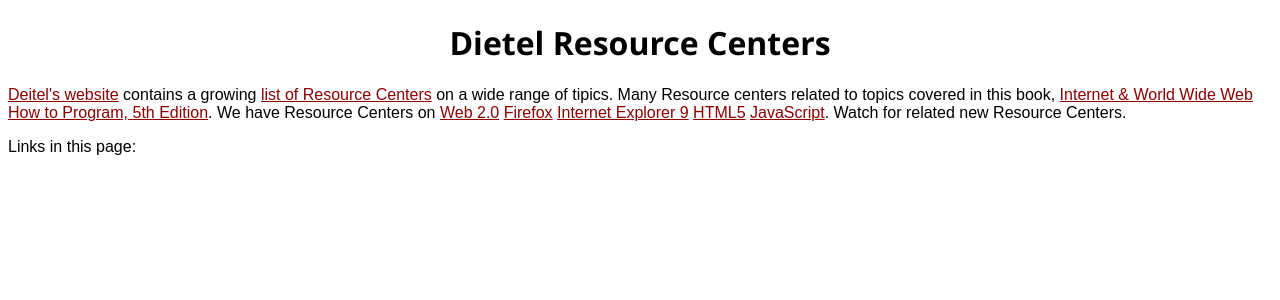
Repository: mlmEFSC21/P20-DOM-Links-Collection
Page: collections.html
An editor plug-in stored every save of this project. The page is shown before and after the next save, followed by the edit.
The browser window is 1280 px wide. The pictures show the whole page.

Above is the page before, as saved 2022-04-12 20:15:59.

### collections.html
<!DOCTYPE html>

<!-- Fig. 12.13: collections.html -->
<!-- Using the links collection. -->
<html lang="en">
    <head>
        <meta charset="UTF-8" />
        <meta http-equiv="X-UA-Compatible" content="IE=edge" />
        <meta name="viewport" content="width=device-width, initial-scale=1.0" />
        <link rel="stylesheet" href="style.css" />
        <script src="collections.js"></script>
        <title>Using Links Collection</title>
    </head>
    <body>
        <h1>Dietel Resource Centers</h1>
        <p>
            <a href="http://www.deitel.com/">Deitel's website</a> contains a growing
            <a href="http://deitel.com/ResourceCenters.html">list of Resource Centers</a> on a wide
            range of tipics. Many Resource centers related to topics covered in this book,
            <a href="http://deitel.com/books/iw3htp5"
                >Internet & World Wide Web How to Program, 5th Edition</a
            >. We have Resource Centers on
            <a href="http://deitel.com/Web2.0">Web 2.0</a>
            <a href="http://deitel.com/Firefox">Firefox</a>
            <a href="http://deitel.com/IE9">Internet Explorer 9</a>
            <a href="http://deitel.com/HTML5">HTML5</a>
            <a href="http://deitel.com/JavaScript">JavaScript</a>. Watch for related new Resource
            Centers.
        </p>
        <p>Links in this page:</p>
        <div id="links"></div>
    </body>
</html>

### style.css
/* Fig. 12.12: style.css */
/* CSS for collections.html */
body {
    font-family: Arial, Helvetica, sans-serif;
}
h1 {
    font-family: "Segoe UI", Tahoma, Geneva, Verdana, sans-serif;
    text-align: center;
}
p a {
    color: darkred;
}
ul {
    font-size: 0.9em;
}
li {
    display: inline;
    list-style-type: none;
    border-right: 1px solid gray;
    padding-left: 5px;
    padding-right: 5px;
}

Loaded but not shown: collections.js (no stored copy; drawn as an empty file)

After the next save:
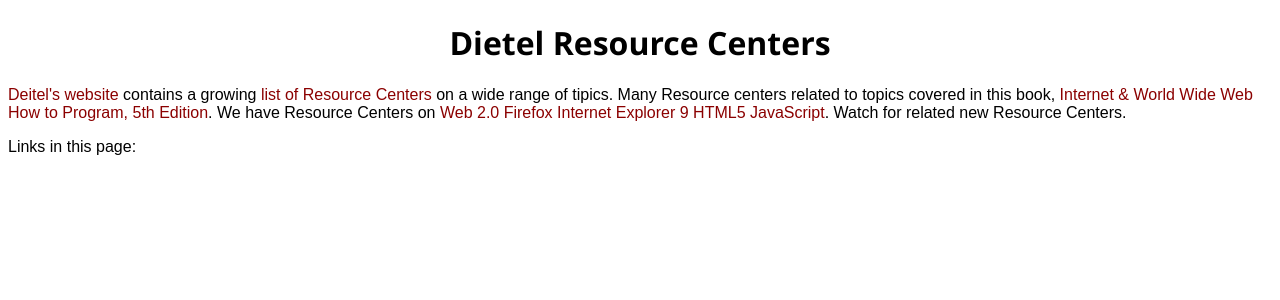
Saved 84 s later.
--- a/style.css
+++ b/style.css
@@ -20,3 +20,15 @@
     padding-left: 5px;
     padding-right: 5px;
 }
+li:first-child {
+    padding-left: 0px;
+}
+li:last-child {
+    border-right: none;
+}
+a {
+    text-decoration: none;
+}
+a:hover {
+    text-decoration: underline;
+}
